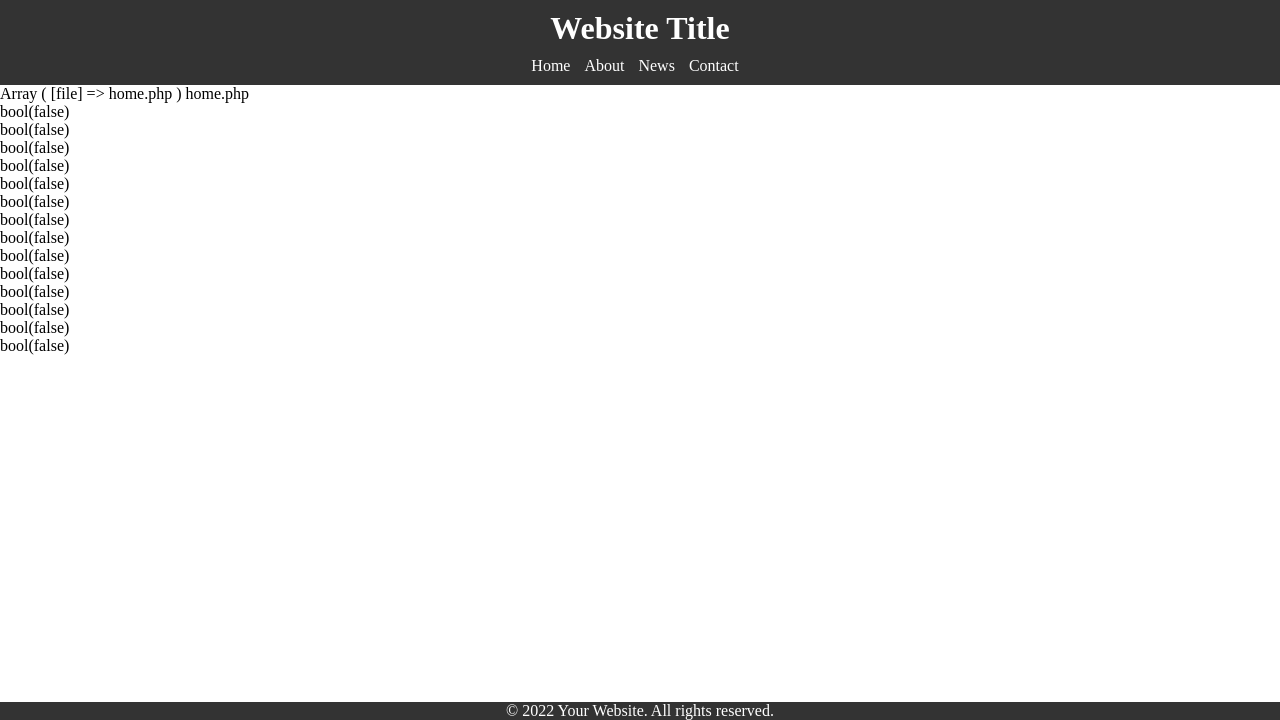
Repository: KHANHD192/Docker_lab
Page: http://localhost/?file=home.php
An editor plug-in stored every save of this project. The page is shown before and after the next save, followed by the edit.
The browser window is 1280 px wide. The pictures show the whole page.
The page is run by PHP 8.4 with error messages shown; the project is at /var/www/html/.

Above is the page before, as saved 2024-04-08 17:04:33.

After the next save:
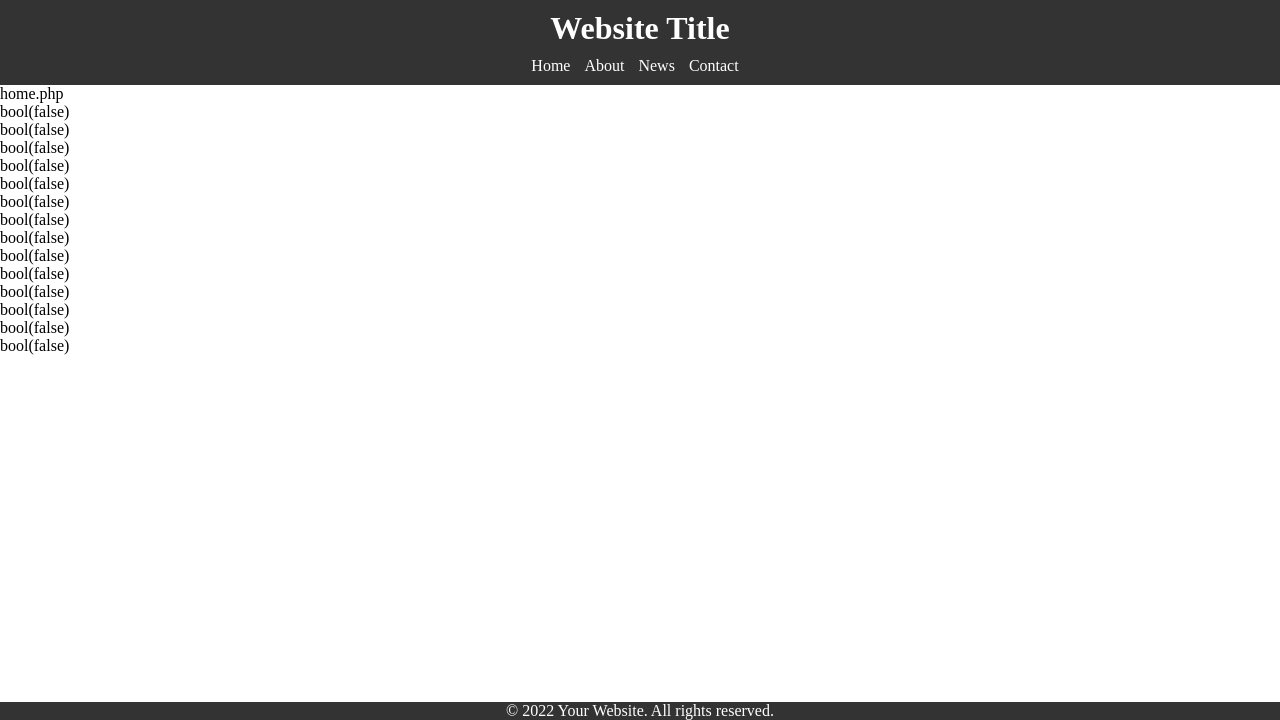
Saved 17 s later.
--- a/src/index.php
+++ b/src/index.php
@@ -68,7 +68,7 @@
     <content>
         <?php
         // check empty
-        print_r(($_GET));
+        // print_r(($_GET));
         if(!empty($_GET["file"])){
             $black_list= array(
                 "/etc/issue",
